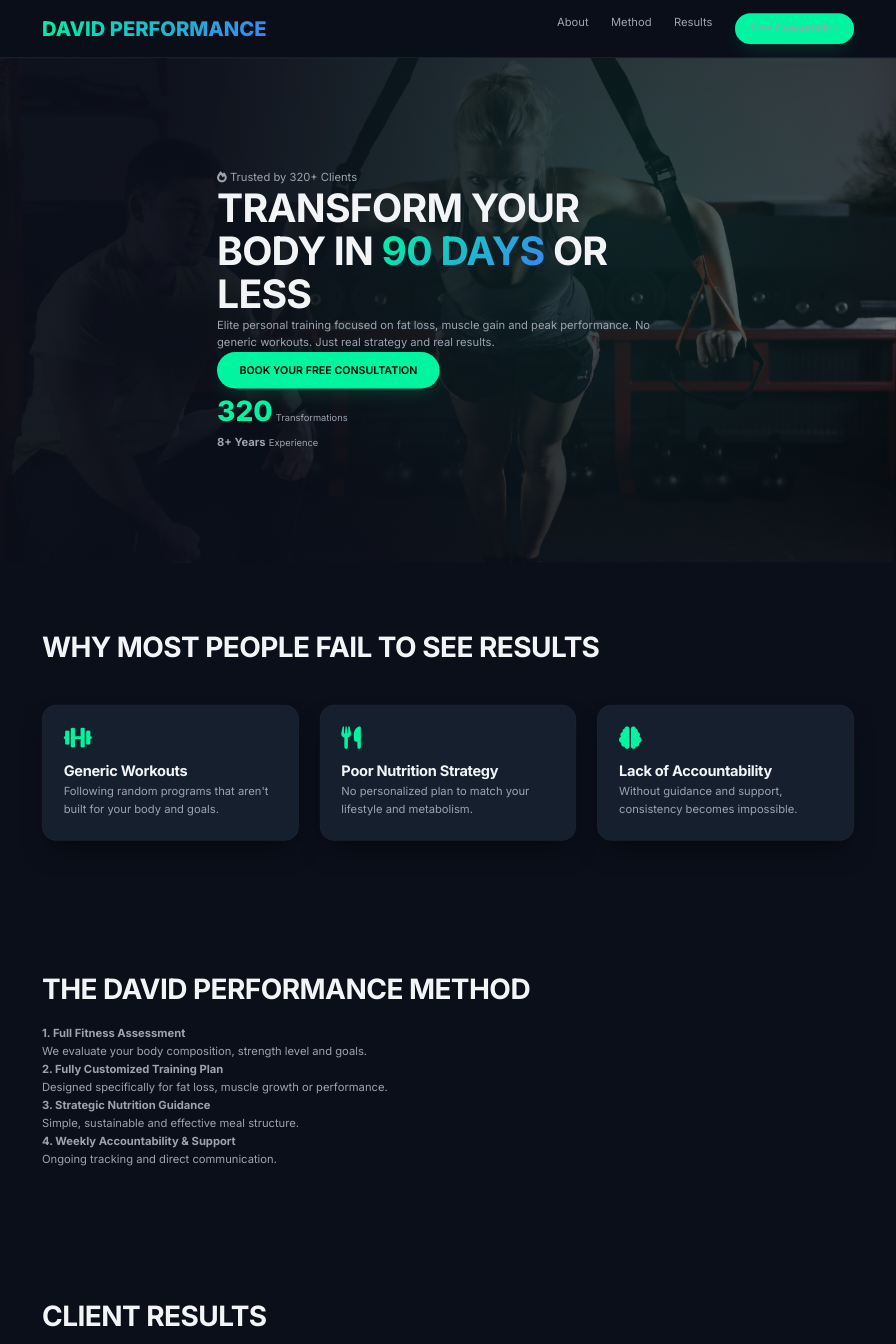
Repository: davidfsillva/Landing-page-pro
Page: index.html
The author's editor kept a copy of each file at every save. The page is drawn from the files as they stood at one save, then again after a run of saves.
The browser window is 1280 px wide. The pictures show the part of the page from y = 0 to 1920 px (the page is 3509 px tall), at 70% of full size.

Above is the page before, as saved 2026-02-24 20:55:08.

After the next 3 saves:
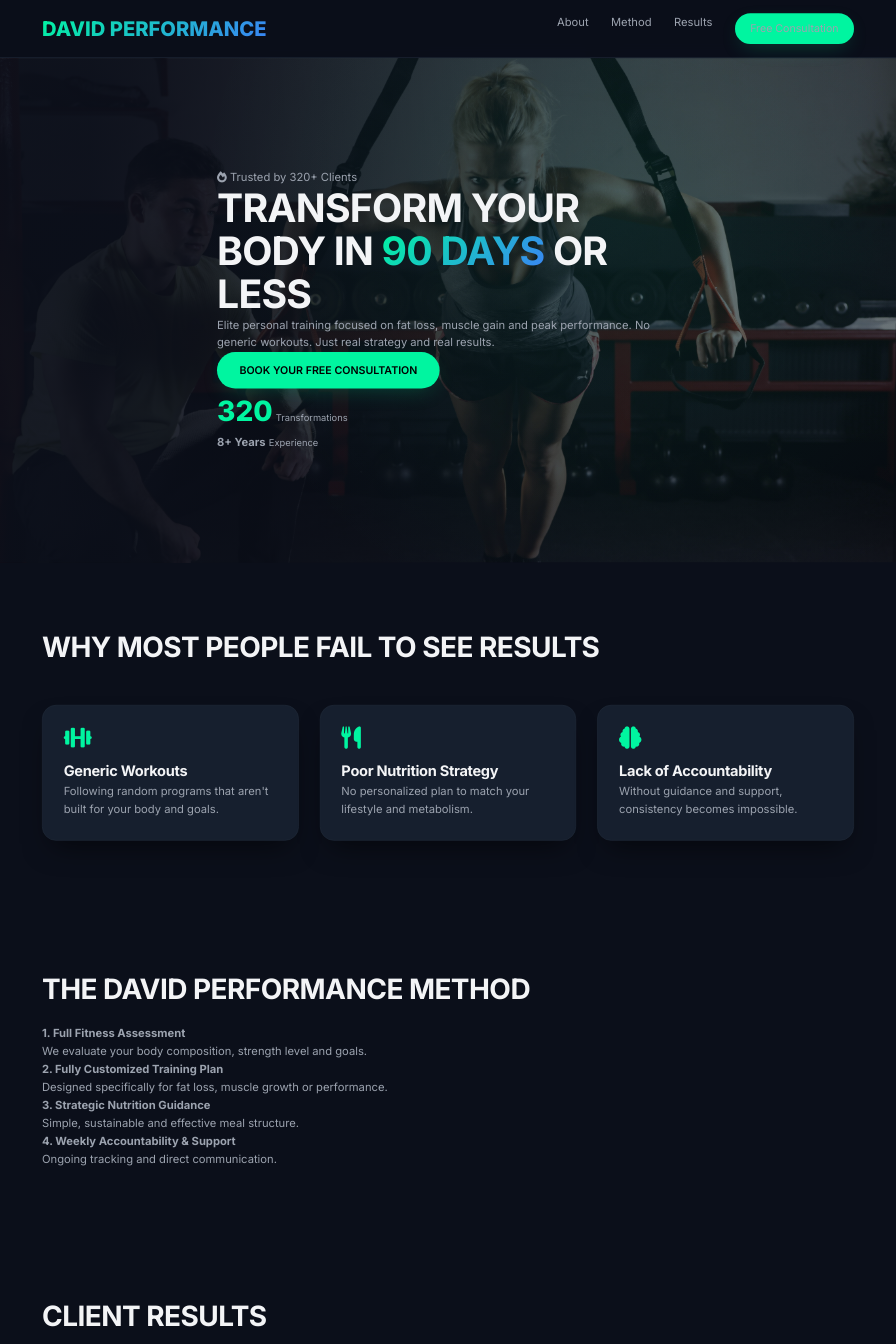
The 3 saves are shown as one change because they came seconds apart.
The last was saved 11 s later.
--- a/style.css
+++ b/style.css
@@ -216,9 +216,9 @@
     inset: 0;
     background: linear-gradient(
         90deg,
-        rgba(11,15,26,0.95) 20%,
-        rgba(11,15,26,0.85) 50%,
-        rgba(11,15,26,0.6) 100%
+        rgba(11,15,26,0.95) 10%,
+        rgba(11,15,26,0.85) 30%,
+        rgba(11,15,26,0.6) 80%
     );
 }
 

After the save that followed:
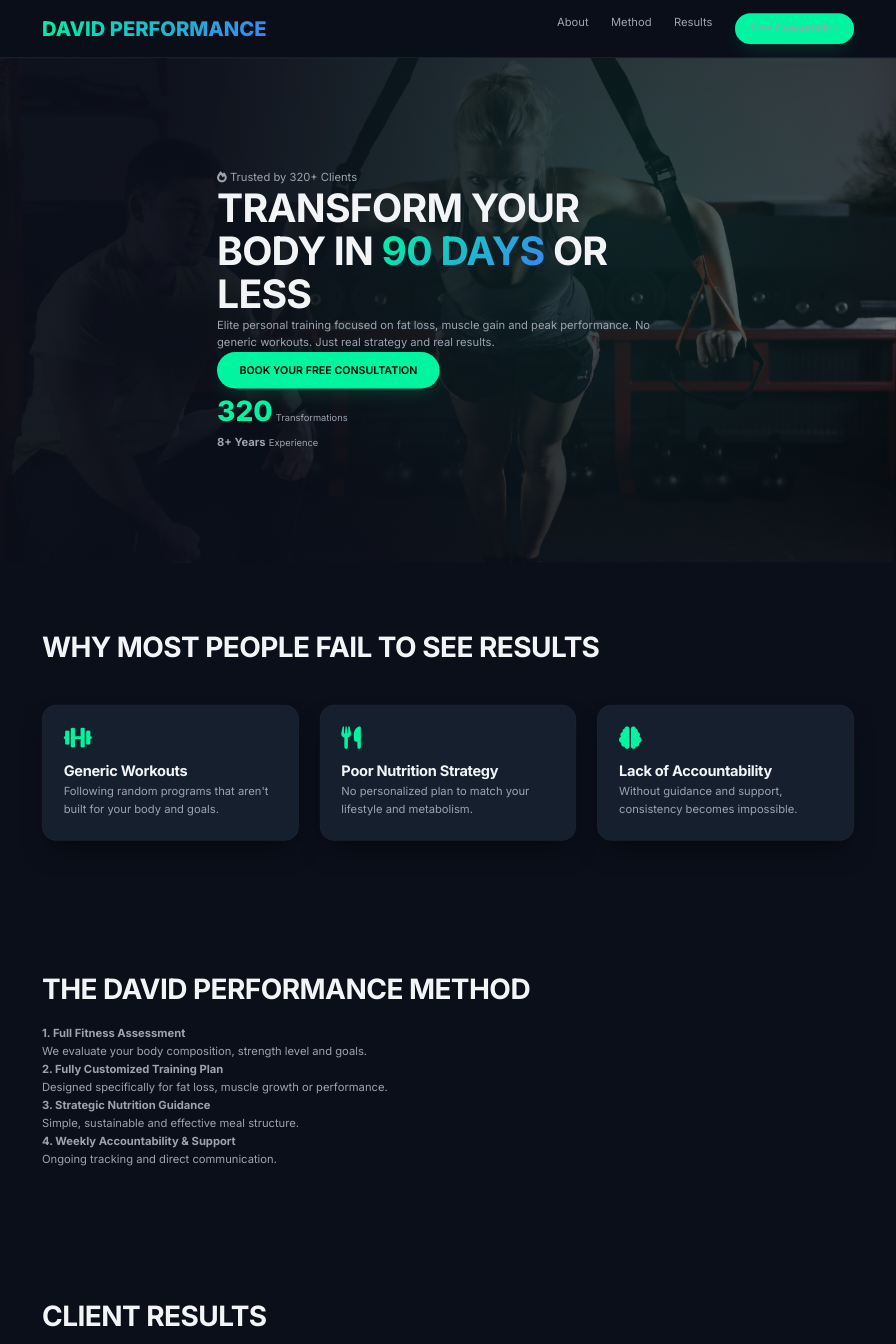
Saved 6 s later.
--- a/style.css
+++ b/style.css
@@ -216,9 +216,9 @@
     inset: 0;
     background: linear-gradient(
         90deg,
-        rgba(11,15,26,0.95) 10%,
-        rgba(11,15,26,0.85) 30%,
-        rgba(11,15,26,0.6) 80%
+        rgba(11,15,26,0.95) 20%,
+        rgba(11,15,26,0.85) 50%,
+        rgba(11,15,26,0.6) 100%
     );
 }
 
